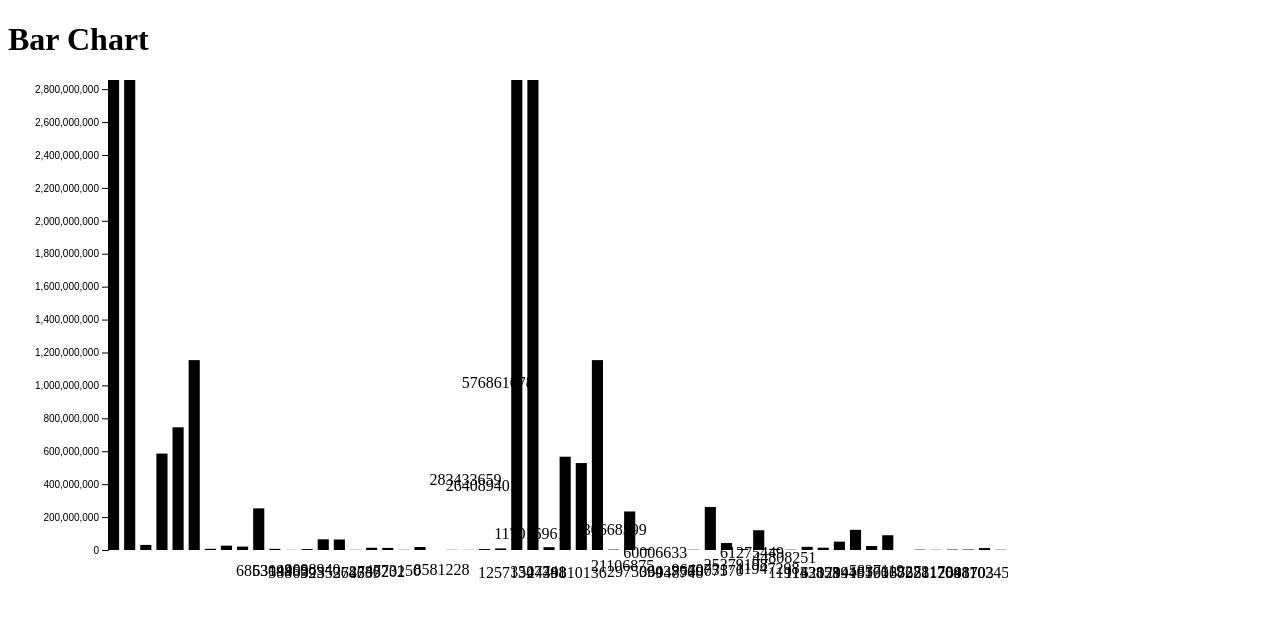
Repository: komalharjani/d3js-visualisation
Page: index.html
An editor plug-in stored every save of this project. The page is shown before and after the next save, followed by the edit.
The browser window is 1280 px wide. The pictures show the whole page.

Above is the page before, as saved 2020-04-29 18:53:30.

### index.html
<!DOCTYPE html>
<html lang="en">
<head>
    <meta charset="UTF-8">
    <meta name="viewport" content="width=device-width, initial-scale=1.0">
    <title>Information Visualisation Practical 3</title>
</head>
<body>
    <div id="barChart"></div>
    <h1>Bar Chart</h1>

</body>
<script src="https://d3js.org/d3.v5.min.js"></script>
<script src="index.js"></script>
</html>

### index.js

let dataPath = "data/energy.csv";
d3.csv(dataPath)
        .then(function (data) {

                let finals = [];

                //Filter Data into new object
                for (let i = 0; i < data.length; i++) {
                        if (data[i].region == "Combined" && data[i].year == 1990) {
                                finals.push({
                                        amount: parseInt(data[i].amount),
                                        type: data[i].type,
                                })
                        }
                }
                console.log(finals);

                let width = 1000;
                let height = 500;
                let margin = {
                        top: 20,
                        right: 20,
                        bottom: 20,
                        left: 50
                };
                let barwidth = (width / finals.length);

                //Append to HTML Document
                let svg = d3.select("body")
                        .append("svg")
                        .attr("height", height)
                        .attr("width", width);

                //Scales
                let xscale = d3.scaleLinear()
                        .domain([0, d3.max(finals, d => d.amount)])
                        .range([0, width]);

                let yscale = d3.scaleLinear()
                        .domain([0, d3.max(finals, d => d.amount)])
                        .range([height, 0]);

                //text scales
                let yscales = d3.scaleBand()
                .domain(data.map(d => d.type))
                .range(0, width);

                //Axis

                let y_axis = d3.axisLeft()
                        .scale(yscale);

                svg.append("g")
                        .attr("transform", "translate(100,-30)")
                        .call(y_axis)


                //X Axis
                // let x_axis = d3.axisBottom()
                //         .scale(xscale);
                // let xAxisTranslate = height - 30;

                // svg.append("g")
                //         .attr("transform", "translate(100,30)")
                //         .call(yscales)

                //Barchart
                svg.selectAll("body") //add rectangles to all data
                        .data(finals) //provide finals as dataset
                        .enter()
                        .append("rect")
                        .attr("y", function (d) {
                                return height - xscale(d.amount);
                        })
                        .attr("height", function (d) {
                                return xscale(d.amount);
                        })
                        .attr("width", barwidth - 5)
                        .attr("transform", function (d, i) {
                                let translate = [100 + barwidth * i,-30];
                                return "translate(" + translate + ")";
                        })
                        .attr("fill", 'black');

                // Barchart Text
                let text = svg.selectAll("text")
                        .data(finals)
                        .enter()
                        .append("text")
                        .text(function (d) {
                                return d.amount;
                        })
                        .attr("y", function (d, i) {
                                return height - xscale(d.amount) - 2;
                        })
                        .attr("x", function (d, i) {
                                return barwidth * i - 30;
                        })

        });

After the next save:
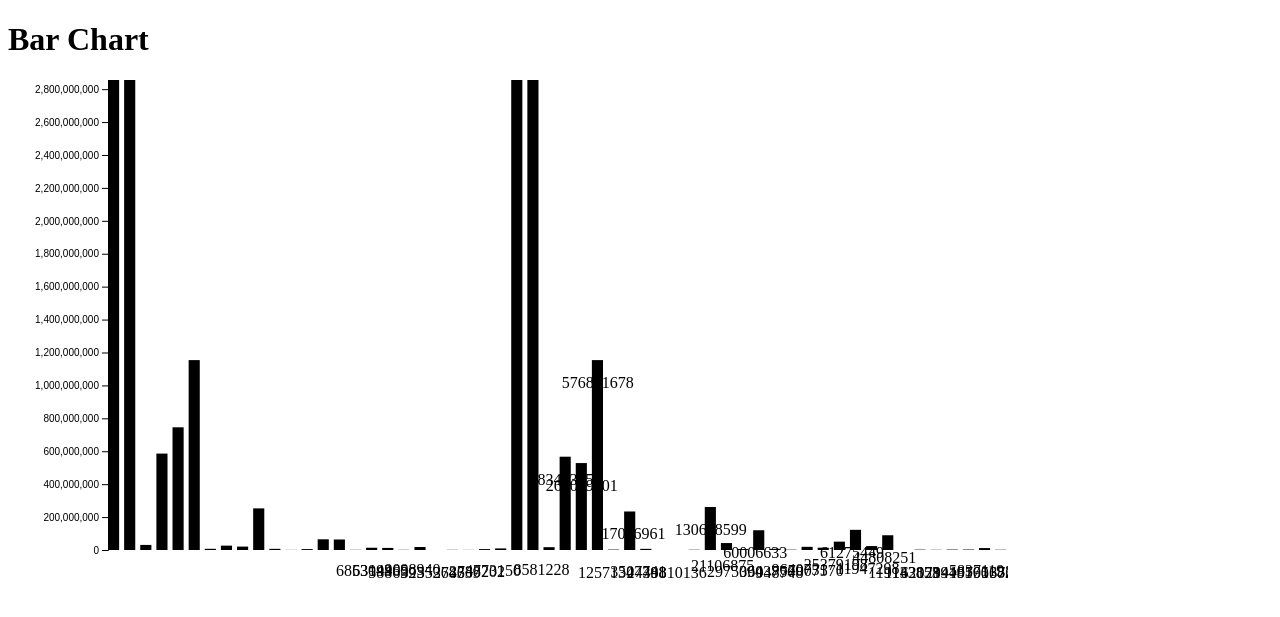
Saved 6 s later.
--- a/index.js
+++ b/index.js
@@ -95,7 +95,7 @@ d3.csv(dataPath)
                                 return height - xscale(d.amount) - 2;
                         })
                         .attr("x", function (d, i) {
-                                return barwidth * i - 30;
+                                return 100 + barwidth * i - 30;
                         })
 
         });
